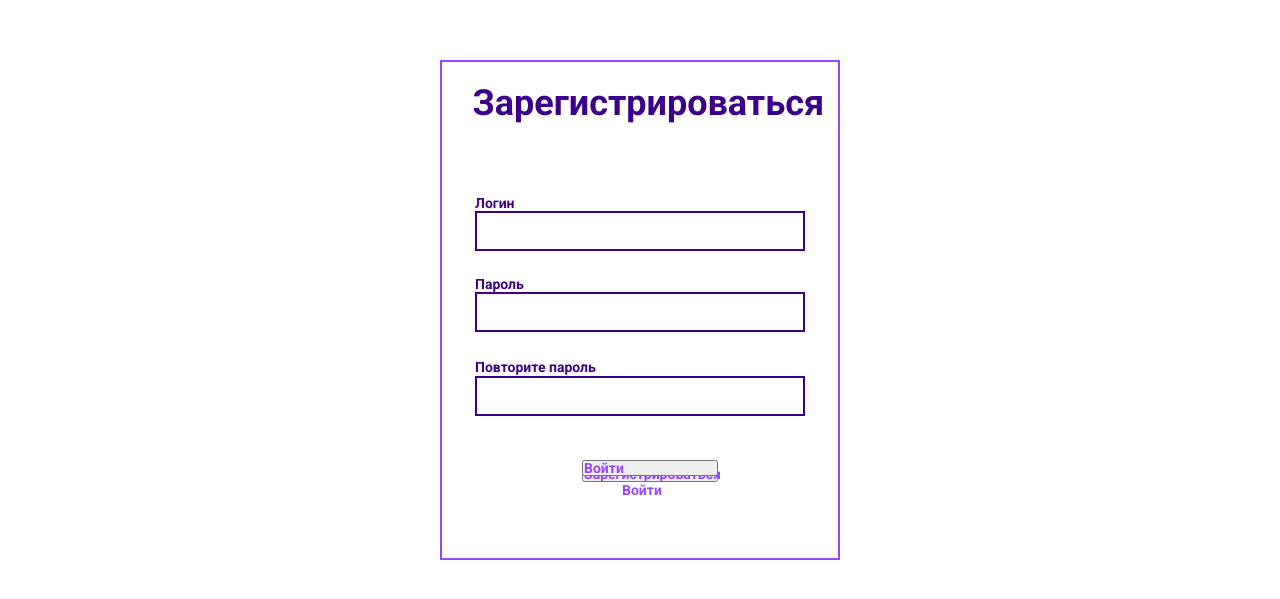
Repository: TimurZinatulin/Web_Shishki_1
Page: /main
An editor plug-in stored every save of this project. The page is shown before and after the next save, followed by the edit.
The browser window is 1280 px wide. The pictures show the whole page.
The project was rebuilt for these pictures with package versions that can differ from the ones it lists, and the page was loaded fresh each time. Also part of the build but not shown: vite.config.js, vue.config.js, src/views/LoginView.vue, src/components/HelloWorld.vue, src/views/MainView.vue, src/views/HomeView.vue, src/views/EditView.vue, src/views/FavoriteView.vue and 3 more.

Above is the page before, as saved 2023-06-10 22:55:58.
Console error: TypeError: Cannot read properties of null (reading 'user')

### src/main.js
import { createApp } from 'vue'
//import './style.css'
import App from './App.vue'
import router from './router'
import store from './store.js'

createApp(App).use(store).use(router).mount('#app')

### src/App.vue
<template>
  <!-- Проверка доступности пользователя в хранилище; при недоступности - показываем компонент авторизации-->
  <Auth v-if="!store.state.user" />
  <!-- Если пользователь доступен, показываем компонент Hello World -->
  <EmptyLayout v-else msg="Hello Vue 3 + Vite" />
</template>

<script>
import Auth from './components/Auth.vue';
import HelloWorld from './components/HelloWorld.vue';
import HeaderComp from './components/HeaderComp.vue';
import EmptyLayout from './layouts/EmptyLayout.vue';
import MainLayout from './layouts/MainLayout.vue';
import ExtraLayout from './layouts/ExtraLayout.vue';
import RegisterView from './views/RegisterView.vue';

import store from "./store.js";
import { supabase } from "./supabase";

export default {
  computed: {
    layout() {
      return this.$route.meta.layout + '-layout';
    }
  },
  components: {
    HelloWorld, Auth, HeaderComp, EmptyLayout, MainLayout, ExtraLayout, RegisterView
  },
  setup() {
    // сначала проверяем, вошел ли пользователь в систему с помощью Supabase
    store.state.user = supabase.auth.user;
    // затем настраиваем слушатель для обновления хранилища, если меняется пользователь - выходит из системы или входит
    supabase.auth.onAuthStateChange((event, session) => {
      if (event == "SIGNED_OUT") {
        store.state.user = null;
      } else {
        store.state.user = session.user;
      }
    });

    return {
      store,
    };
  },
};
</script>

<style>
/* @import '@/templates/main_page.css'; */
</style>

### src/router/index.js
import { createRouter, createWebHistory } from 'vue-router'
import HomeView from '../views/HomeView.vue'
import MainView from '../views/MainView.vue'
import EditView from '../views/EditView.vue'
import FavoriteView from '../views/FavoriteView.vue'
import MyProjectsView from '../views/MyProjectsView.vue'
import LoginView from '../views/LoginView.vue'
import RegisterView from '../views/RegisterView.vue'
import CreateProjectView from '../views/CreateProjectView.vue'
import ProjectView from '../views/ProjectView.vue'


const routes = [
  {
    path: '/',
    name: 'home',
    component: HomeView
  },
  {
    path: '/main',
    name: 'main',
    meta: {layout: 'main'},
    component: MainView
  },
  {
    path: '/edit',
    name: 'edit',
    meta: {layout: 'extra'},
    component: EditView
  },
  {
    path: '/favs',
    name: 'favs',
    meta: {layout: 'extra'},
    component: FavoriteView
  },
  {
    path: '/my_projects',
    name: 'my',
    meta: {layout: 'extra'},
    component: MyProjectsView
  },
  {
    path: '/login',
    name: 'login',
    meta: {layout: 'empty'},
    component: LoginView
  },
  {
    path: '/register',
    name: 'register',
    meta: {layout: 'empty'},
    component: RegisterView
  },
  {
    path: '/create_project',
    name: 'create_project',
    meta: {layout: 'extra'},
    component: CreateProjectView
  },
  {
    path: '/project',
    name: 'project',
    meta: {layout: 'extra'},
    component: ProjectView
  },
  {
    path: '/profile',
    name: 'profile',
    meta: {layout: 'extra'},
    component: () => import('../views/ProfileView.vue')
  }
]

const router = createRouter({
  history: createWebHistory(import.meta.env.BASE_URL),
  routes
})

export default router

### src/store.js
import { reactive } from "vue";

const store = {
    state: reactive({
        user: {},
    }),
};

export default store

### src/components/Auth.vue
<template>
    <div>
        <register-view v-if="isSignUp" />
        <login-view v-else />
        <button id="reg_btn" @click="isSignUp = !isSignUp">
            {{
                isSignUp
                ? "Войти"
                : "Зарегистрироваться"
            }}
        </button>
    </div>
</template>

<script>
import { ref } from "vue";
import RegisterView from "../views/RegisterView.vue";
import LoginView from "../views/LoginView.vue";

export default {
    components: { RegisterView, LoginView },
    setup() {
        const isSignUp = ref(true);
        return {
            isSignUp,
        };
    },
};
</script>

<style scoped>
</style>

### src/components/HeaderComp.vue
<template>
    <div id="header" class="wrapper">
        <div id="head-cont">
            <li><router-link to="/main" style="position: relative; left: -280px;" href="http://localhost:5173/main"><img id="logo" src="../assets/ShishkiD.png" style="width: 70px; height: 70px;"></router-link></li>
            <input class="input" type="text" placeholder="Найти...">
            <ul style="left: 400px;">
                <li><router-link to="/favs" class="btn2">Избранное</router-link></li>
                <li><router-link to="/my_projects" class="btn2">Мои проекты</router-link></li>
                <li><router-link to="/edit" class="btn2">Редактировать профиль</router-link></li>
                <li><router-link to="/create_project" class="btn2">Новый проект</router-link></li>
                <li><button @click="signOut" class="btn2">Выйти</button></li>
            </ul>
        </div>
    </div>
</template>

<script setup>
import { ref } from "vue";
import { supabase } from "../supabase";

defineProps({
  msg: String,
});

async function signOut() {
  const { error } = await supabase.auth.signOut();
}
</script>

<style>
@import url('https://fonts.googleapis.com/css2?family=Roboto:wght@700&display=swap');
</style>

### src/layouts/EmptyLayout.vue
<template>
    <!-- <div id="header" class="wrapper">
        <div id="head-cont">
            <a style="position: relative; left: -280px;" href="http://localhost:8080/main"><img id="logo" src="../assets/ShishkiD.png" style="width: 70px; height: 70px;"></a>
            <input class="input" type="text" placeholder="Найти...">
            <ul>
                <li><router-link to="/favs" class="btn2">Избранное</router-link></li>
                <li><router-link to="/create_project" class="btn2">Новый проект</router-link></li>
                <li><router-link to="/login" class="link">Войти</router-link></li>
            </ul>
        </div>
    </div> -->
    <HeaderComp />
    <RouterView />
</template>

<script>
import HeaderComp from '@/components/HeaderComp.vue'

export default {
    components: {
        HeaderComp
    }
}
</script>

<style>
@import '@/templates/login.css';
@import '@/templates/main_page.css';
@import '@/templates/reg.css';
</style>

### src/layouts/MainLayout.vue
<template>
    <div id="app1">
        <HeaderComp />
        <div id="article">
            <h1 id="h1">Digital<br>
            portfolio</h1><br>
            <p>Уникальный сервис для<br>размещения своих проектов и<br>наработок</p><br>
            <a href="http://localhost:8080/create_project" class="btn">Создать проект</a>
            <button @click="signOut">Sign Out</button>
            <img id="logo2" src="../assets/chelik.png">
            <h2 id="h2">Популярные проекты</h2>
        </div>
        <div id="projects" style="left: -10px;">
        </div>
    </div>
</template>

<script>
import HeaderComp from '@/components/HeaderComp.vue'
import MainView from '@/views/MainView.vue'


export default {
    components: {
        HeaderComp, MainView
    }
}
</script>

<style>
@import '@/templates/login.css';
@import '@/templates/main_page.css';
@import '@/templates/reg.css';
</style>

### src/layouts/ExtraLayout.vue
<template>
    <HeaderComp />
</template>

<script>
import HeaderComp from '@/components/HeaderComp.vue'

export default {
    components: {
        HeaderComp,
    }
}
</script>

<style>
@import '@/templates/login.css';
@import '@/templates/main_page.css';
@import '@/templates/reg.css';
</style>

### src/views/RegisterView.vue
<template>
    <div id="log_card">
        <h1 id="log_name" style="position: relative; top: -30px; left: -10px;">Зарегистрироваться</h1>
        <form @submit.prevent="handleSignup">
            <p class="p">Логин</p>
            <input class="input1" style="top: -75px;" type="email" v-model="email">
            <p class="p">Пароль</p>
            <input class="input1" style="top: -75px;" type="password" v-model="password">
            <p class="p" style="display:inline; position:relative; left: 0px;">Повторите пароль</p>
            <input class="input1" style="top: -70px;" type="password" v-model="password">
            <button type="submit" id="reg_btn">Зарегистрироваться</button>
            <a href="http://localhost:8080/login" id="reg_btn" style="left: 50px; position: relative;">Войти</a>
        </form>
    </div>
</template>

<script>
import { ref } from "vue";
import { supabase } from "../supabase";

export default {
    setup() {
        const email = ref("");
        const password = ref("");

        const handleSignup = async () => {
            try {
                // Задействуем предоставленный Supabase метод для обработки регистрации
                const { error } = await supabase.auth.signUp({
                    email: email.value,
                    password: password.value,
                });
                if (error) throw error;
            } catch (error) {
                alert(error.error_description || error.message);
            }
        };

        return {
            email,
            password,
            handleSignup,
        };
    },
};
</script>

### src/templates/login.css
#log_card{
    box-sizing: border-box;
    display: flex;
    flex-direction: column;
    justify-content: space-between;
    align-items: center;
    padding: 50px 10px;
    gap: 50px;
    width: 400px;
    height: 500px;
    border: 2px solid #9747FF;
    flex: none;
    order: 1;
    flex-grow: 0;
    position: relative;
    top: 60px;
}

#log_name{
    width: 315px;
    height: 49px;
    font-family: 'Roboto';
    font-style: normal;
    font-weight: 600;
    font-size: 36px;
    line-height: 42px;
    text-align: center;
    color: #3D008C;
    flex: none;
    order: 0;
    flex-grow: 0;
}

#log_btn{
    display: flex;
    flex-direction: row;
    justify-content: center;
    align-items: center;
    padding: 10px;
    width: 88px;
    height: 58px;
    background: #9747FF;
    flex: none;
    order: 0;
    flex-grow: 0;
    border: none;
    color: white;
    position: relative;
    bottom: 50px;
    border: 2px solid #9747FF;
    animation: ch-color-1 0.5s forwards;
    font-size: 24px;
}

#log_btn:hover{
    animation: ch-color-2 0.5s forwards;
}

@keyframes ch-color-1 {
    from {
      background-color: white;
      color: #9747FF;
    }
    to {
      background-color: #9747FF;
      color: white;
    }
  }

  @keyframes ch-color-2 {
    from {
      background-color: #9747FF;
      color: white;
    }
    to {
      background-color: white;
      color: #9747FF;
    }
  }

#reg_btn{
    width: 136px;
    height: 16px;
    font-family: 'Roboto';
    font-style: normal;
    font-weight: 400;
    font-size: 14px;
    line-height: 16px;
    display: flex;
    align-items: center;
    text-align: center;
    color: #9747FF;
    flex: none;
    order: 0;
    flex-grow: 0;
    position: relative;
    left: 10px;
    top: -40px;
}

.p{
    width: 40px;
    height: 16px;
    font-family: 'Roboto';
    font-style: normal;
    font-weight: 600;
    font-size: 14px;
    line-height: 16px;
    display: flex;
    align-items: center;
    color: #3D008C;
    flex: none;
    order: 0;
    flex-grow: 0;
    position: relative;
    top: -70px;
    left: -145px;
    margin-bottom: 5px;
}

### src/templates/main_page.css
* {
  margin: 0 auto;
  padding: 0;
  box-sizing: border-box;
  font-size: 16px;
  font-family: 'Roboto', sans-serif;
  user-select: none;
}

#head-cont{
  max-width: 900px;
  width: 100%;
}

#article{
  width: 1500px;
  position: relative;
}

#header{
  width: 100%;
  height: 80px;
  margin: 0 auto;
  background-color: rgba(151, 71, 255, 1);
  margin-bottom: 15px;
  overflow: hidden;
}

.input{
  width: 500px;
  height: 50px;
  padding: 6px 0 4px 10px;
  border: none;
  background: rgba(206, 168, 255, 1);
  bottom: 20px;
  left: -325px;
  position: relative;
  font-size: 25px;
  padding-left: 25px;
  outline: none;
}

.input::-webkit-input-placeholder {
  color: white;
}

.input::-moz-placeholder {
  color: white;
}

.input1{
  box-sizing: border-box;
  display: flex;
  flex-direction: row;
  align-items: center;
  padding: 11px 10px;
  gap: 10px;
  width: 330px;
  height: 40px;
  border: 2px solid #3D008C;
  flex: none;
  order: 1;
  align-self: stretch;
  flex-grow: 0;
  position: relative;
  top: -20px;
  margin-bottom: 20px;
  outline: none;
}

#logo{
  position: relative;
  top: 5px;
}

#logo2{
  position: relative;
  width: 800px;
  height: 670px;
  left: 385px;
  bottom: 340px;
}

ul {
  list-style: none;
  margin: 0;
  padding-left: 0;
  position: relative;
  left: 710px;
  top: -55px;
}

a {
  text-decoration: none;
  color: white;
}

.link1 {
  display: flex;
  flex-direction: row;
  justify-content: center;
  align-items: center;
  padding: 10px;
  background: #9747FF;
  flex: none;
  order: 0;
  flex-grow: 0;
  left: -275px;
  top: 220px;
  font-family: 'Roboto';
  font-style: normal;
  font-weight: 400;
  font-size: 16px;
}

.link1:hover{
  animation: ch-color-2 0.5s forwards;
}

.link {
  background: none;
  border: 2px solid white;
  color: white;
  padding: 15px 25px;
  animation: ch-color-1 0.5s forwards;
}

.link:hover{
  animation: ch-color-2 0.5s forwards;
}

@keyframes ch-color-1 {
  from {
    background-color: white;
    color: rgba(151, 71, 255, 1);
  }
  to {
    background-color: rgba(151, 71, 255, 1);
    color: white;
  }
}

@keyframes ch-color-2 {
  from {
    background-color: rgba(151, 71, 255, 1);
    color: white;
  }
  to {
    background-color: white;
    color: rgba(151, 71, 255, 1);
  }
}

li {
  display: inline;
  margin-right: 60px;
}

#h1 {
  font-size: 90px;
  position: relative;
  top: 100px;
  left: -450px;
  color: rgba(61, 0, 140, 1);
  width: 500px;
}

p{
  position: relative;
  color: rgba(61, 0, 140, 1);
  left: -445px;
  top: 100px;
  font-size: 32px;
  font-family: 'Roboto';
  font-style: normal;
  font-weight: 500;
  line-height: 38px;
  width: 500px;
}

.btn{
  position: relative;
  bottom: 500px;
  left: 55px;
  background: linear-gradient(rgba(255, 104, 86, 1), rgba(151, 71, 255, 1));
  color: white;
  font-size: 32px;
  font-style: normal;
  font-weight: 700;
  border: 3px solid linear-gradient(rgba(255, 104, 86, 1), rgba(151, 71, 255, 1));
  width: 315px;
  height: 90px;
  padding: 26px 37px;
}

#h2{
  position: absolute;
  top: 740px;
  left: 510px;
  color: rgba(61, 0, 140, 1);
  font-size: 48px;
}

#projects{
  justify-content: center;
  align-items: center;
  align-self: center;
  padding: 30px 90px;
  position: absolute;
  width: 1529px;
  height: 100%;
  background: linear-gradient(180deg, #3D008C 0%, #14002F 100%);
  flex: none;
  order: 3;
  flex-grow: 0;
  margin-top: -200px;
}

#content{
  display: flex;
  flex-direction: row;
  justify-content: center;
  align-items: center;
  padding: 30px 90px;
  gap: 90px;
  width: 1420px;
  height: 240px;
  flex: none;
  order: 0;
  flex-grow: 0;
}

.block{
  display: flex;
  flex-direction: column;
  align-items: center;
  padding: 10px;
  gap: 10px;
  position: absolute;
  width: 359px;
  height: 470px;
  background: linear-gradient(148.66deg, #FF6856 0%, #6F00FF 100%);
  border-radius: 30px;
  top: 70px;
}

.pic{
  position: relative;
  top: 20px;
  width: 340px;
  height: 310px;
  border-radius: 20px;
}

h3{
  color: white;
  font-size: 32px;
  position: relative;
  top: 10px;
}

.text{
  color: white;
  position: relative;
  top: 20px;
  text-align: center;
}

.like{
  display: flex;
  flex-direction: row;
  justify-content: center;
  align-items: center;
  padding: 10px 15px;
  gap: 10px;
  position: absolute;
  width: 117px;
  height: 38px;
  left: 20.5px;
  top: 100px;
  background: #FF6856;
  border-radius: 30px;
  color: white;
  overflow-y: hidden;
}

.pic2{
  width: 22px;
  height: 22px;
  transform: matrix(-1, 0, 0, 1, 0, 0);
  flex: none;
  order: 0;
  flex-grow: 0;
}

textarea{
  box-sizing: border-box;
  display: flex;
  width: 330px;
  height: 100px;
  gap: 10px;
  border: 2px solid #3D008C;
  flex: none;
  order: 1;
  flex-grow: 0;
  position: relative;
  top: 100px;
  resize: none;
}

#photo{
  width: 100px;
  height: 100px;
  border: 3px solid #3D008C;
  flex: none;
  order: 0;
  flex-grow: 0;
  border-radius: 100%;
  position: relative;
}

#photo1{
  width: 340px;
  height: 340px;
  border: 3px solid #9747FF;
  border-radius: 30px;
  flex: none;
  order: 0;
  flex-grow: 0;
}

#chphoto{
  display: flex;
  flex-direction: row;
  justify-content: center;
  align-items: center;
  padding: 10px 0px;
  gap: 26px;
  width: 331px;
  height: 120px;
  flex: none;
  order: 1;
  flex-grow: 0;
  position: relative;
  top: -535px;
}

#p{
  font-family: 'Roboto';
  font-style: normal;
  font-weight: 600;
  font-size: 14px;
  line-height: 16px;
  display: flex;
  align-items: center;
  color: #FFFFFF;
  position: relative;
  top: -50px;
  left: 135px;
}

#p1{
  font-family: 'Roboto';
  font-style: normal;
  font-weight: 600;
  font-size: 14px;
  line-height: 16px;
  display: flex;
  align-items: center;
  color: #FFFFFF;
  position: relative;
  top: -100px;
  left: 135px;
}

#p2{
  font-family: 'Roboto';
  font-style: normal;
  font-weight: 600;
  font-size: 16px;
  line-height: 19px;
  text-align: center;
  color: #FFFFFF;
  position: relative;
  top: 200px;
}

.btn2{
  padding: 20px 10px;
}

.btn2:hover{
  animation: ch-color-2 0.5s forwards;
}

### src/templates/reg.css
form{
    position: relative;
    top: 30px;
}

Loaded but not shown: index.html (common file); src/supabase.js (common file)

After the next save:
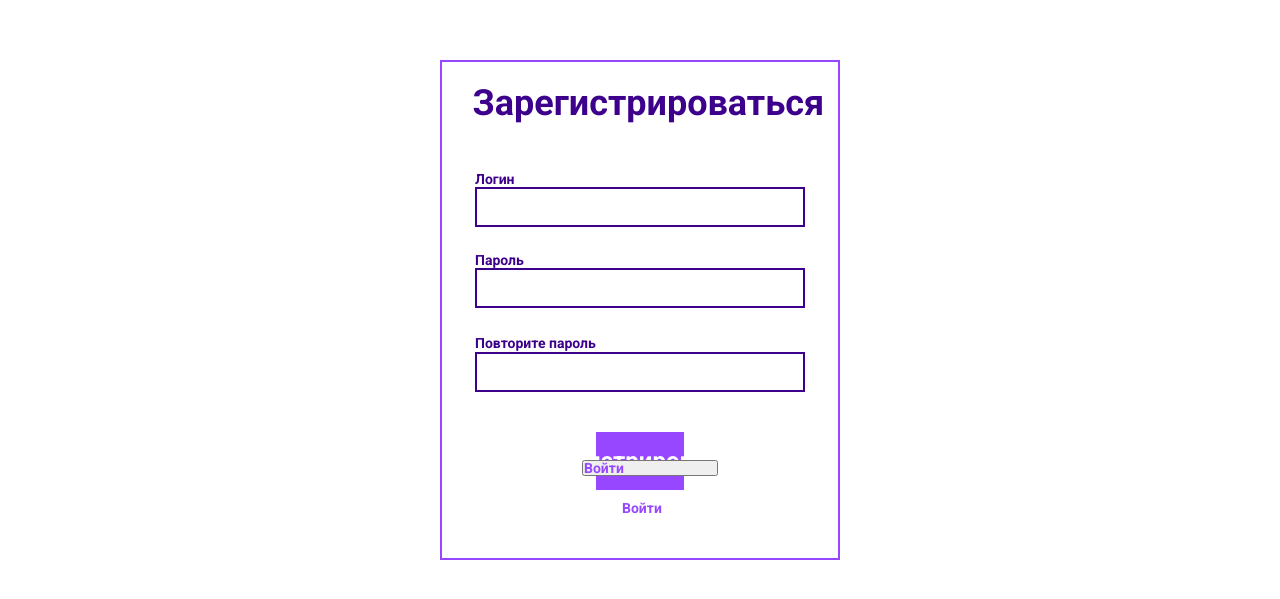
Saved 13 s later.
--- a/src/views/RegisterView.vue
+++ b/src/views/RegisterView.vue
@@ -8,7 +8,7 @@
             <input class="input1" style="top: -75px;" type="password" v-model="password">
             <p class="p" style="display:inline; position:relative; left: 0px;">Повторите пароль</p>
             <input class="input1" style="top: -70px;" type="password" v-model="password">
-            <button type="submit" id="reg_btn">Зарегистрироваться</button>
+            <button type="submit" id="log_btn">Зарегистрироваться</button>
             <a href="http://localhost:8080/login" id="reg_btn" style="left: 50px; position: relative;">Войти</a>
         </form>
     </div>
